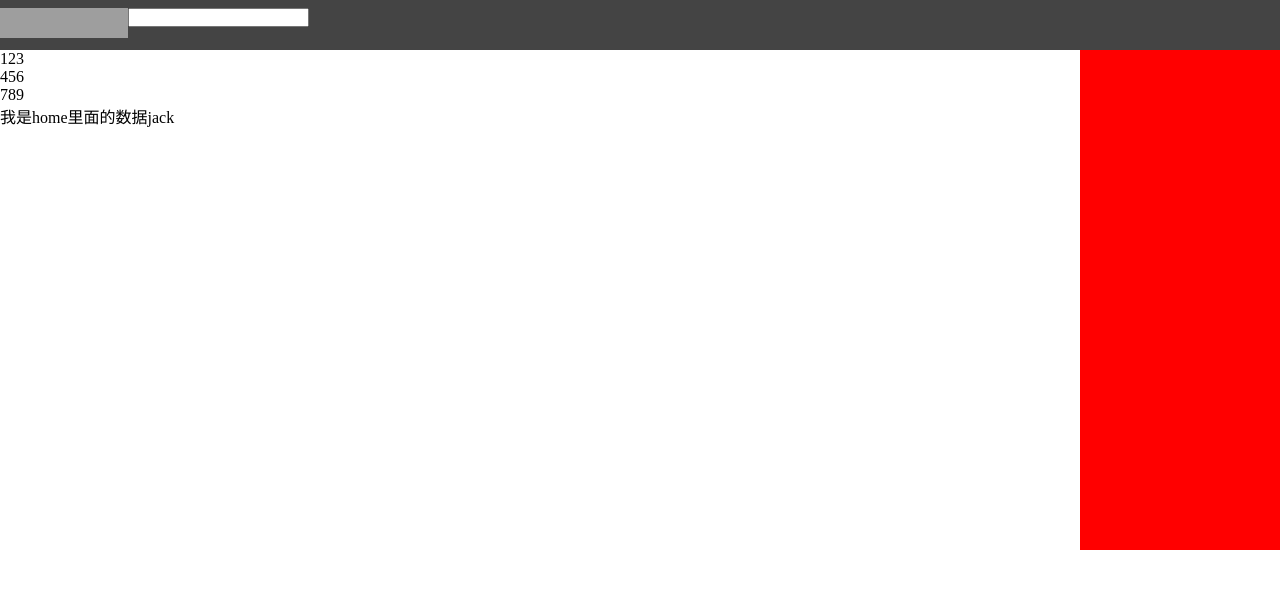
Repository: jinggegeZ/cnode
Page: /
The author's editor kept a copy of each file at every save. The page is drawn from the files as they stood at one save, then again after the next save.
The browser window is 1280 px wide. The pictures show the whole page.
Pictures or frames that could not be fetched are drawn as grey boxes. The project was rebuilt for these pictures with package versions that can differ from the ones it lists, and the page was loaded fresh each time.

Above is the page before, as saved 2020-06-05 11:38:55.

After the next save:
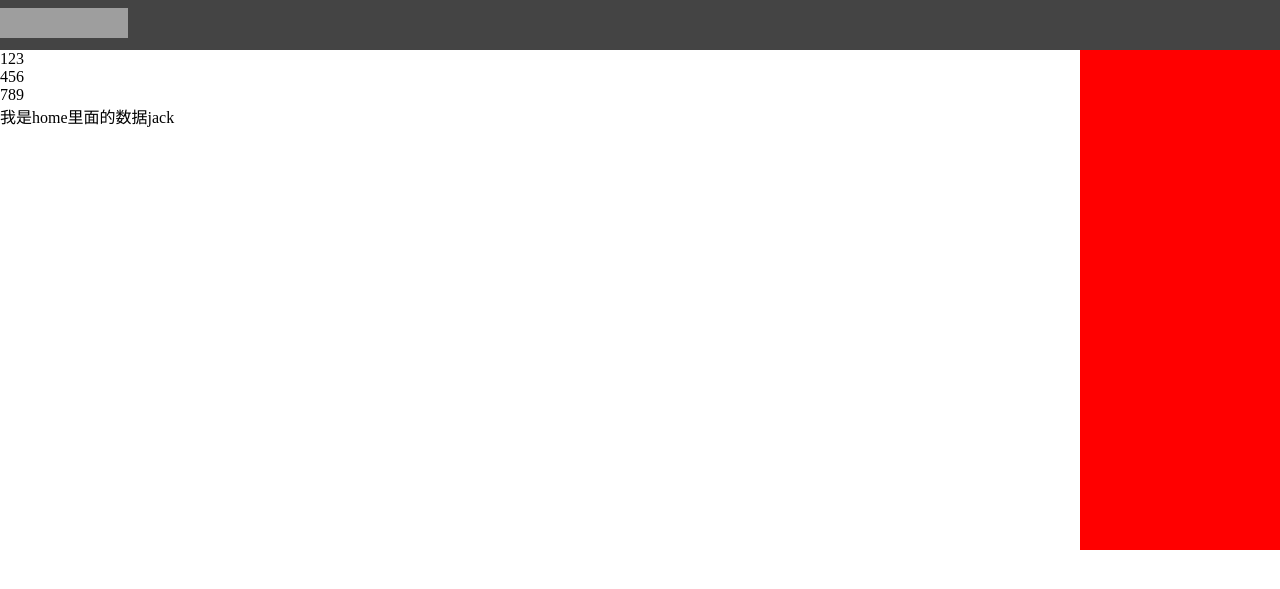
Saved 59 s later.
--- a/src/components/top/top.vue
+++ b/src/components/top/top.vue
@@ -4,7 +4,7 @@
     <div class="box">
         <div class="b-left">
             <div><img src="//static2.cnodejs.org/public/images/cnodejs_light.svg" alt="" width="128px" height="30px"></div>
-            <div class="ipt"><input type="text"></div>
+            <div class="ipt"></div>
         </div>
         <div></div>
     </div>
